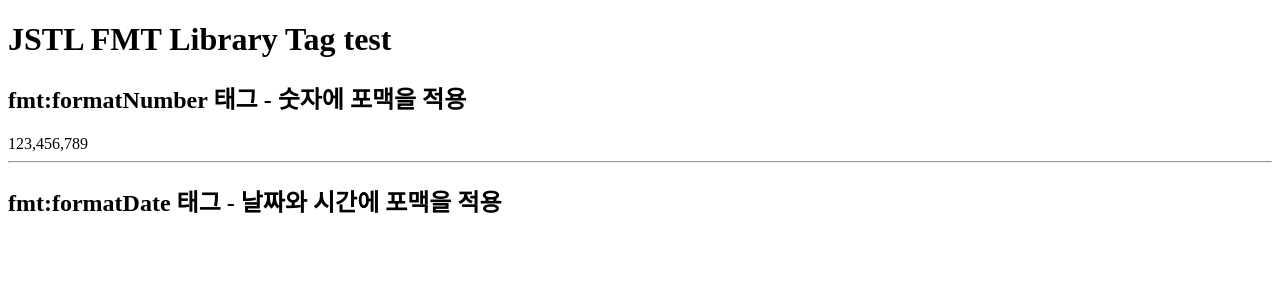
Repository: brightyein/06_jsp
Page: http://localhost/chap02-el-jstl_2_/views/jstl/testJstlFmt.jsp
The author's editor kept a copy of each file at every save. The page is drawn from the files as they stood at one save, then again after the next save.
The browser window is 1280 px wide. The pictures show the whole page.
The page is served by Tomcat 10. Other server files are loaded and not shown.

Above is the page before, as saved 2024-06-11 01:07:04.

### chap02-el-jstl(2)/src/main/webapp/views/jstl/testJstlFmt.jsp
<%@ page language="java" contentType="text/html; charset=UTF-8"
    pageEncoding="UTF-8"%>
<%@ taglib prefix="c" uri="jakarta.tags.core" %>
<%@ taglib prefix="fmt" uri="jakarta.tags.fmt" %>
<!DOCTYPE html>
<html>
<head>
<meta charset="UTF-8">
<title>JSTL FMT</title>
</head>
<body>
	<h1>JSTL FMT Library Tag test</h1>

	<h2>fmt:formatNumber 태그 - 숫자에 포맥을 적용</h2>

	<c:set var="number" value="123456789" />

	<fmt:formatNumber value="${ number }" groupingUsed="true"/><br>

	<hr/>

	<h2>fmt:formatDate 태그 - 날짜와 시간에 포맥을 적용</h2>

</body>
</html>

After the next save:
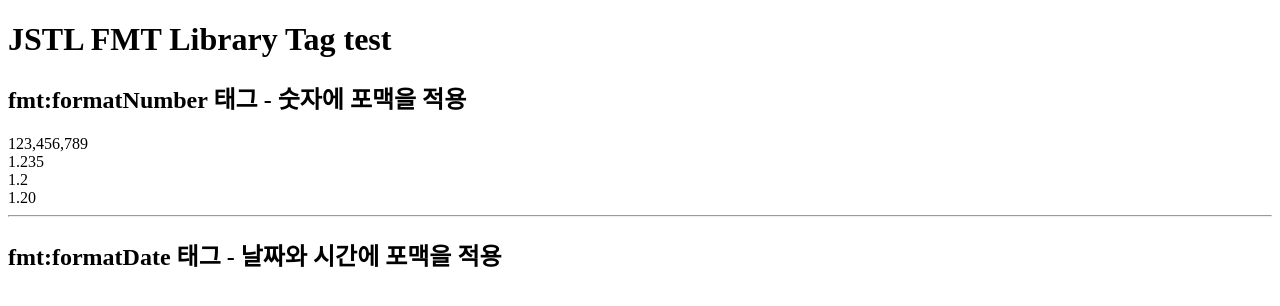
Saved 2 min 6 s later.
--- a/chap02-el-jstl(2)/src/main/webapp/views/jstl/testJstlFmt.jsp
+++ b/chap02-el-jstl(2)/src/main/webapp/views/jstl/testJstlFmt.jsp
@@ -17,6 +17,10 @@
 
 	<fmt:formatNumber value="${ number }" groupingUsed="true"/><br>
 
+	<fmt:formatNumber value="1.234567" pattern="#.###" /><br>
+	<fmt:formatNumber value="1.2" pattern="#.##" /><br>
+	<fmt:formatNumber value="1.2" pattern="#.00" /><br>
+
 	<hr/>
 
 	<h2>fmt:formatDate 태그 - 날짜와 시간에 포맥을 적용</h2>
